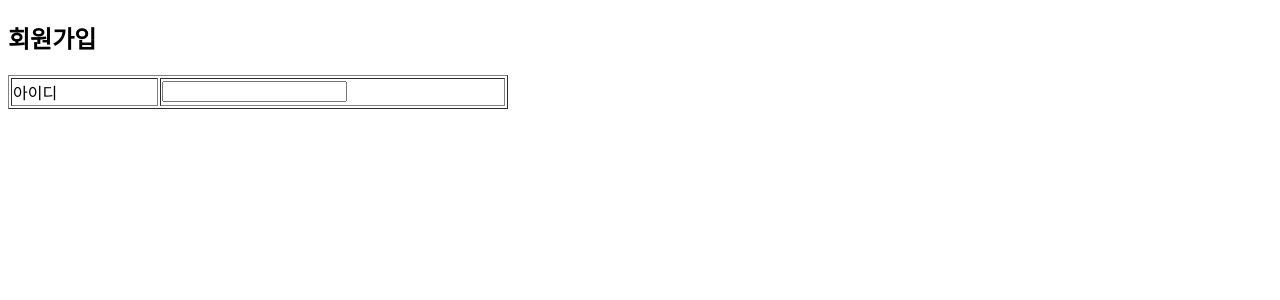
Repository: ohseung-web/OTjsp2026
Page: http://localhost/chapter/Request/RequestJoin.jsp
These files come from the project's save history. The page is drawn as it stood at one moment and after the next save; the edit follows.
The browser window is 1280 px wide. The pictures show the whole page.
The page is served by Tomcat 9.

Above is the page before, as saved 2026-10-17 07:11:42.

After the next save:
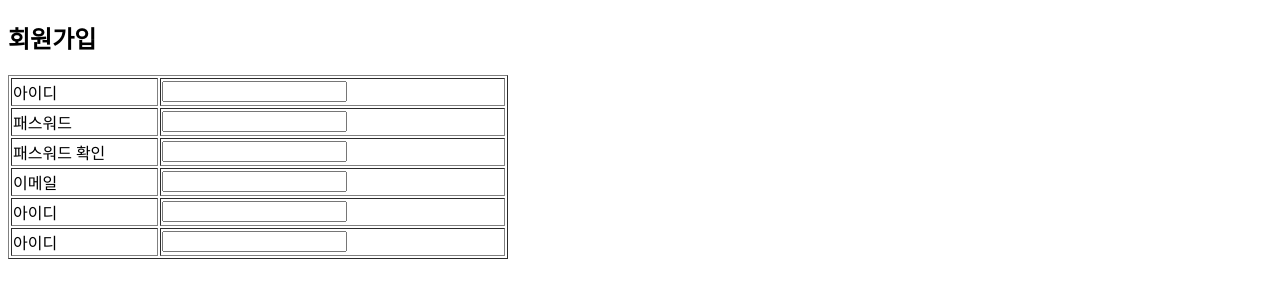
Saved 111 s later.
--- a/chapter/src/main/webapp/Request/RequestJoin.jsp
+++ b/chapter/src/main/webapp/Request/RequestJoin.jsp
@@ -16,6 +16,36 @@
 					<input type="text" name="id">
 				</td>
 			</tr>
+			<tr hight="50">
+				<td width="150" align="cneter">패스워드</td>
+				<td width="350">
+					<input type="password" name="pass">
+				</td>
+			</tr>
+			<tr hight="50">
+				<td width="150" align="cneter">패스워드 확인</td>
+				<td width="350">
+					<input type="password" name="passchk">
+				</td>
+			</tr>
+			<tr hight="50">
+				<td width="150" align="cneter">이메일</td>
+				<td width="350">
+					<input type="email" name="email">
+				</td>
+			</tr>
+			<tr hight="50">
+				<td width="150" align="cneter">아이디</td>
+				<td width="350">
+					<input type="text" name="id">
+				</td>
+			</tr>
+			<tr hight="50">
+				<td width="150" align="cneter">아이디</td>
+				<td width="350">
+					<input type="text" name="id">
+				</td>
+			</tr>
 		</table>
 
 	</form>
